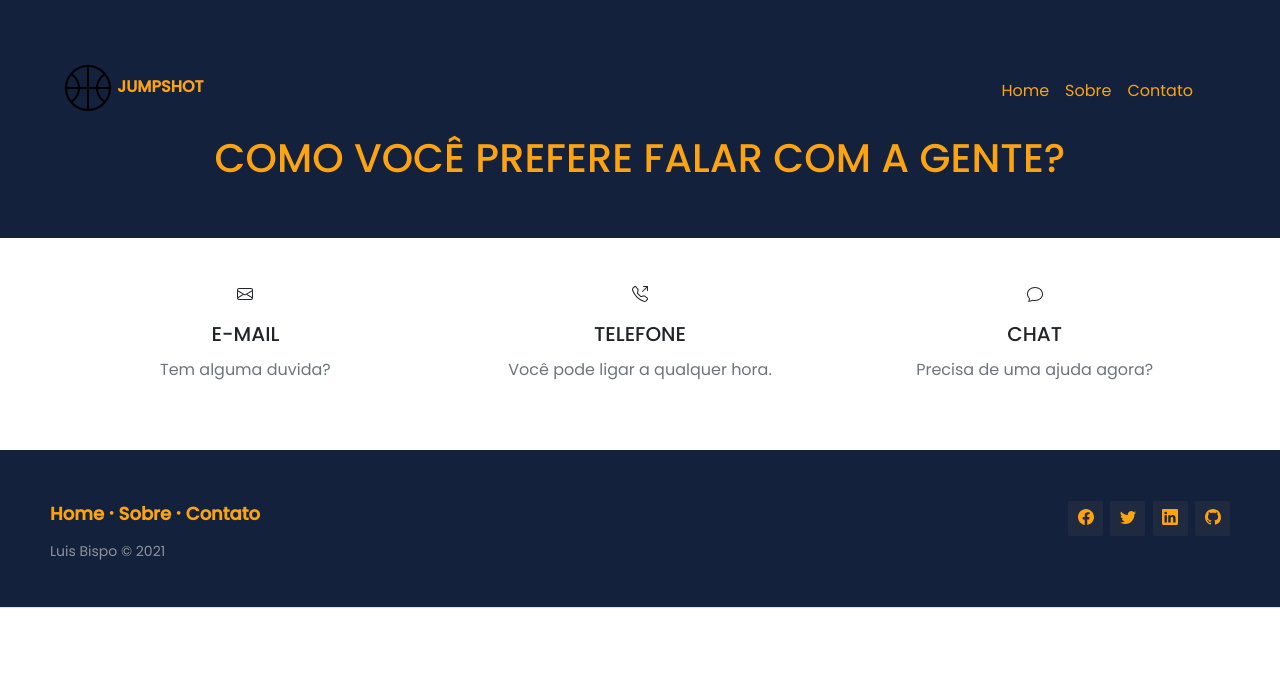
Repository: luisbisp/Jumpshot
Page: pages/contact.html
An editor plug-in stored every save of this project. The page is shown before and after the next save, followed by the edit.
The browser window is 1280 px wide. The pictures show the whole page.

Above is the page before, as saved 2021-07-07 20:15:33.

### pages/contact.html
<!DOCTYPE html>
<html lang="en">

<head>
    <meta charset="UTF-8">
    <meta http-equiv="X-UA-Compatible" content="IE=edge">
    <meta name="viewport" content="width=device-width, initial-scale=1.0">
    <link rel="preconnect" href="https://fonts.googleapis.com">
    <link rel="preconnect" href="https://fonts.gstatic.com" crossorigin>
    <link href="https://fonts.googleapis.com/css2?family=Poppins:wght@300;400;500&display=swap" rel="stylesheet">
    <link rel="stylesheet" href="https://maxcdn.bootstrapcdn.com/bootstrap/4.0.0/css/bootstrap.min.css"
        integrity="sha384-Gn5384xqQ1aoWXA+058RXPxPg6fy4IWvTNh0E263XmFcJlSAwiGgFAW/dAiS6JXm" crossorigin="anonymous">
    <link rel="stylesheet" href="../styles/styles.css">
    <link rel="stylesheet" href="../styles/footer.css">

    <title>jumpshot</title>

</head>

<body>
    <div class="container-fluid p-0">
        <!-- div com todo conteudo da pagina -->
        <header class="p-5">
            <!-- div com conteudo do cabeçalho -->
            <div class="div-header">
                <div class="logo">
                    <img src="../images/logo.png" alt="">
                    <strong>JUMPSHOT</strong>
                </div>
                <div class="menu">
                    <!-- navbar do bootstrap -->
                    <nav class="navbar navbar-expand-lg">
                        <button class="navbar-toggler" type="button" data-toggle="collapse" data-target="#navbarNav"
                            aria-controls="navbarNav" aria-expanded="false" aria-label="Toggle navigation">
                            <span class="navbar-toggler-icon"></span>
                        </button>
                        <div class="collapse navbar-collapse" id="navbarNav">
                            <ul class="navbar-nav">
                                <li class="nav-item active">
                                    <a class="nav-link navbar-custom" href="../index.htm">Home <span
                                            class="sr-only">(current)</span></a>
                                </li>
                                <li class="nav-item">
                                    <a class="nav-link navbar-custom" href="#">Sobre</a>
                                </li>
                                <li class="nav-item">
                                    <a class="nav-link navbar-custom" href="#">Contato</a>
                                </li>
                            </ul>
                        </div>
                    </nav>
                </div>
            </div>

            <div class="div-header-content m-0">
                <div class="text-center">

                    <h1> COMO VOCÊ PREFERE FALAR COM A GENTE?</h1>

                </div>

            </div>
        </header>

        <div class="card-group m-5">
            <div class="card border-0">
                <div class="d-flex justify-content-center">
                    <svg xmlns="http://www.w3.org/2000/svg" width="16" height="16" fill="currentColor"
                        class="bi bi-envelope" viewBox="0 0 16 16">
                        <path
                            d="M0 4a2 2 0 0 1 2-2h12a2 2 0 0 1 2 2v8a2 2 0 0 1-2 2H2a2 2 0 0 1-2-2V4zm2-1a1 1 0 0 0-1 1v.217l7 4.2 7-4.2V4a1 1 0 0 0-1-1H2zm13 2.383-4.758 2.855L15 11.114v-5.73zm-.034 6.878L9.271 8.82 8 9.583 6.728 8.82l-5.694 3.44A1 1 0 0 0 2 13h12a1 1 0 0 0 .966-.739zM1 11.114l4.758-2.876L1 5.383v5.73z" />
                    </svg>
                </div>
                <div class="card-body">
                    <h5 class="card-title text-center">E-MAIL</h5>
                    <p class="card-text text-center text-secondary">Tem alguma duvida?</p>

                </div>
            </div>
            <div class="card border-0">
                <div class="d-flex justify-content-center">
                    <svg xmlns="http://www.w3.org/2000/svg" width="16" height="16" fill="currentColor"
                        class="bi bi-telephone-outbound" viewBox="0 0 16 16">
                        <path
                            d="M3.654 1.328a.678.678 0 0 0-1.015-.063L1.605 2.3c-.483.484-.661 1.169-.45 1.77a17.568 17.568 0 0 0 4.168 6.608 17.569 17.569 0 0 0 6.608 4.168c.601.211 1.286.033 1.77-.45l1.034-1.034a.678.678 0 0 0-.063-1.015l-2.307-1.794a.678.678 0 0 0-.58-.122l-2.19.547a1.745 1.745 0 0 1-1.657-.459L5.482 8.062a1.745 1.745 0 0 1-.46-1.657l.548-2.19a.678.678 0 0 0-.122-.58L3.654 1.328zM1.884.511a1.745 1.745 0 0 1 2.612.163L6.29 2.98c.329.423.445.974.315 1.494l-.547 2.19a.678.678 0 0 0 .178.643l2.457 2.457a.678.678 0 0 0 .644.178l2.189-.547a1.745 1.745 0 0 1 1.494.315l2.306 1.794c.829.645.905 1.87.163 2.611l-1.034 1.034c-.74.74-1.846 1.065-2.877.702a18.634 18.634 0 0 1-7.01-4.42 18.634 18.634 0 0 1-4.42-7.009c-.362-1.03-.037-2.137.703-2.877L1.885.511zM11 .5a.5.5 0 0 1 .5-.5h4a.5.5 0 0 1 .5.5v4a.5.5 0 0 1-1 0V1.707l-4.146 4.147a.5.5 0 0 1-.708-.708L14.293 1H11.5a.5.5 0 0 1-.5-.5z" />
                    </svg>
                </div>
                <div class="card-body">
                    <h5 class="card-title text-center">TELEFONE</h5>
                    <p class="card-text text-center text-secondary">Você pode ligar a qualquer hora.
                    </p>

                </div>
            </div>
            <div class="card border-0">
                <div class="d-flex justify-content-center">
                    <svg xmlns="http://www.w3.org/2000/svg" width="16" height="16" fill="currentColor"
                        class="bi bi-chat" viewBox="0 0 16 16">
                        <path
                            d="M2.678 11.894a1 1 0 0 1 .287.801 10.97 10.97 0 0 1-.398 2c1.395-.323 2.247-.697 2.634-.893a1 1 0 0 1 .71-.074A8.06 8.06 0 0 0 8 14c3.996 0 7-2.807 7-6 0-3.192-3.004-6-7-6S1 4.808 1 8c0 1.468.617 2.83 1.678 3.894zm-.493 3.905a21.682 21.682 0 0 1-.713.129c-.2.032-.352-.176-.273-.362a9.68 9.68 0 0 0 .244-.637l.003-.01c.248-.72.45-1.548.524-2.319C.743 11.37 0 9.76 0 8c0-3.866 3.582-7 8-7s8 3.134 8 7-3.582 7-8 7a9.06 9.06 0 0 1-2.347-.306c-.52.263-1.639.742-3.468 1.105z" />
                    </svg>
                </div>
                <div class="card-body">
                    <h5 class="card-title text-center">CHAT</h5>
                    <p class="card-text text-center text-secondary">Precisa de uma ajuda agora?</p>
                </div>
            </div>
        </div>

        <footer class="footer-distributed mt-5">

            <div class="footer-right">

                <!-- icons svg das redes sociais -->
                <a href="#"><svg xmlns="http://www.w3.org/2000/svg" width="16" height="16" fill="currentColor"
                        class="bi bi-facebook" viewBox="0 0 16 16">
                        <path
                            d="M16 8.049c0-4.446-3.582-8.05-8-8.05C3.58 0-.002 3.603-.002 8.05c0 4.017 2.926 7.347 6.75 7.951v-5.625h-2.03V8.05H6.75V6.275c0-2.017 1.195-3.131 3.022-3.131.876 0 1.791.157 1.791.157v1.98h-1.009c-.993 0-1.303.621-1.303 1.258v1.51h2.218l-.354 2.326H9.25V16c3.824-.604 6.75-3.934 6.75-7.951z" />
                    </svg></i></a>

                <a href="#"><svg xmlns="http://www.w3.org/2000/svg" width="16" height="16" fill="currentColor"
                        class="bi bi-twitter" viewBox="0 0 16 16">
                        <path
                            d="M5.026 15c6.038 0 9.341-5.003 9.341-9.334 0-.14 0-.282-.006-.422A6.685 6.685 0 0 0 16 3.542a6.658 6.658 0 0 1-1.889.518 3.301 3.301 0 0 0 1.447-1.817 6.533 6.533 0 0 1-2.087.793A3.286 3.286 0 0 0 7.875 6.03a9.325 9.325 0 0 1-6.767-3.429 3.289 3.289 0 0 0 1.018 4.382A3.323 3.323 0 0 1 .64 6.575v.045a3.288 3.288 0 0 0 2.632 3.218 3.203 3.203 0 0 1-.865.115 3.23 3.23 0 0 1-.614-.057 3.283 3.283 0 0 0 3.067 2.277A6.588 6.588 0 0 1 .78 13.58a6.32 6.32 0 0 1-.78-.045A9.344 9.344 0 0 0 5.026 15z" />
                    </svg></a>

                <a href="#"><svg xmlns="http://www.w3.org/2000/svg" width="16" height="16" fill="currentColor"
                        class="bi bi-linkedin" viewBox="0 0 16 16">
                        <path
                            d="M0 1.146C0 .513.526 0 1.175 0h13.65C15.474 0 16 .513 16 1.146v13.708c0 .633-.526 1.146-1.175 1.146H1.175C.526 16 0 15.487 0 14.854V1.146zm4.943 12.248V6.169H2.542v7.225h2.401zm-1.2-8.212c.837 0 1.358-.554 1.358-1.248-.015-.709-.52-1.248-1.342-1.248-.822 0-1.359.54-1.359 1.248 0 .694.521 1.248 1.327 1.248h.016zm4.908 8.212V9.359c0-.216.016-.432.08-.586.173-.431.568-.878 1.232-.878.869 0 1.216.662 1.216 1.634v3.865h2.401V9.25c0-2.22-1.184-3.252-2.764-3.252-1.274 0-1.845.7-2.165 1.193v.025h-.016a5.54 5.54 0 0 1 .016-.025V6.169h-2.4c.03.678 0 7.225 0 7.225h2.4z" />
                    </svg></a>

                <a href="#"><svg xmlns="http://www.w3.org/2000/svg" width="16" height="16" fill="currentColor"
                        class="bi bi-github" viewBox="0 0 16 16">
                        <path
                            d="M8 0C3.58 0 0 3.58 0 8c0 3.54 2.29 6.53 5.47 7.59.4.07.55-.17.55-.38 0-.19-.01-.82-.01-1.49-2.01.37-2.53-.49-2.69-.94-.09-.23-.48-.94-.82-1.13-.28-.15-.68-.52-.01-.53.63-.01 1.08.58 1.23.82.72 1.21 1.87.87 2.33.66.07-.52.28-.87.51-1.07-1.78-.2-3.64-.89-3.64-3.95 0-.87.31-1.59.82-2.15-.08-.2-.36-1.02.08-2.12 0 0 .67-.21 2.2.82.64-.18 1.32-.27 2-.27.68 0 1.36.09 2 .27 1.53-1.04 2.2-.82 2.2-.82.44 1.1.16 1.92.08 2.12.51.56.82 1.27.82 2.15 0 3.07-1.87 3.75-3.65 3.95.29.25.54.73.54 1.48 0 1.07-.01 1.93-.01 2.2 0 .21.15.46.55.38A8.012 8.012 0 0 0 16 8c0-4.42-3.58-8-8-8z" />
                    </svg></a>

            </div>

            <div class="footer-left">

                <p class="footer-links">
                    <a class="link-1" href="#">Home</a>

                    <a href="#">Sobre</a>

                    <a href="#">Contato</a>
                </p>

                <p>Luis Bispo &copy; 2021</p>
            </div>

        </footer>
    </div>
</body>

</html>

### styles/styles.css
 *{
    font-family: 'Poppins', sans-serif;
 }
 header {
     background-color: #14213d;
     color: #fca311;
 }
 .div-header{
       display: flex;
       justify-content: space-between;
       padding:15px;
}
.navbar-custom{
    color: #fca311;
}

/* .div-header-content{
    margin-top: 50px;
    display: flex;
    margin: 15px;
} */
.content{
    display: flex;

}
.content-text{
    width: 50%;
    padding: 50px;
}

.content-image {
    width:50%;
    background-color: #fca311;
    display: flex;
    justify-content: center;
}
.content-image2 {
    width:50%;
    background-color: #14213d;
    display: flex;
    justify-content: center;
}
.illustration{
    height: 250px;
}

.photo-profile{
    border-radius: 50%;
    width: 50px;
    height: 50px;
    margin: 1%;
}

### styles/footer.css
.footer-distributed {
    background-color: #14213d;
    box-shadow: 0 1px 1px 0 rgba(0, 0, 0, 0.12);
    box-sizing: border-box;
    width: 100%;
    text-align: left;
    font: normal 16px sans-serif;
    padding: 45px 50px;
  }

  .footer-distributed .footer-left p {
    color: #8f9296;
    font-size: 14px;
    margin: 0;
  }
  /* Footer links */

  .footer-distributed p.footer-links {
    font-size: 18px;
    font-weight: bold;
    color: #fca311;
    margin: 0 0 10px;
    padding: 0;
    transition: ease .25s;
  }

  .footer-distributed p.footer-links a {
    display: inline-block;
    line-height: 1.8;
    text-decoration: none;
    color: inherit;
    transition: ease .25s;
  }

  .footer-distributed .footer-links a:before {
    content: "·";
    font-size: 20px;
    left: 0;
    color: #fca311;
    display: inline-block;
    padding-right: 5px;
  }

  .footer-distributed .footer-links .link-1:before {
    content: none;
  }

  .footer-distributed .footer-right {
    float: right;
    margin-top: 6px;
    max-width: 180px;
  }

  .footer-distributed .footer-right a {
    display: inline-block;
    width: 35px;
    height: 35px;
    background-color: #1f2a41;
    border-radius: 2px;
    font-size: 20px;
    color: #fca311;
    text-align: center;
    line-height: 35px;
    margin-left: 3px;
    transition:all .25s;
  }

  .footer-distributed .footer-right a:hover{transform:scale(1.1); -webkit-transform:scale(1.1);}

  .footer-distributed p.footer-links a:hover{text-decoration:underline;}

  /* Media Queries */

  @media (max-width: 600px) {
    .footer-distributed .footer-left, .footer-distributed .footer-right {
      text-align: center;
    }
    .footer-distributed .footer-right {
      float: none;
      margin: 0 auto 20px;
    }
    .footer-distributed .footer-left p.footer-links {
      line-height: 1.8;
    }
  }

After the next save:
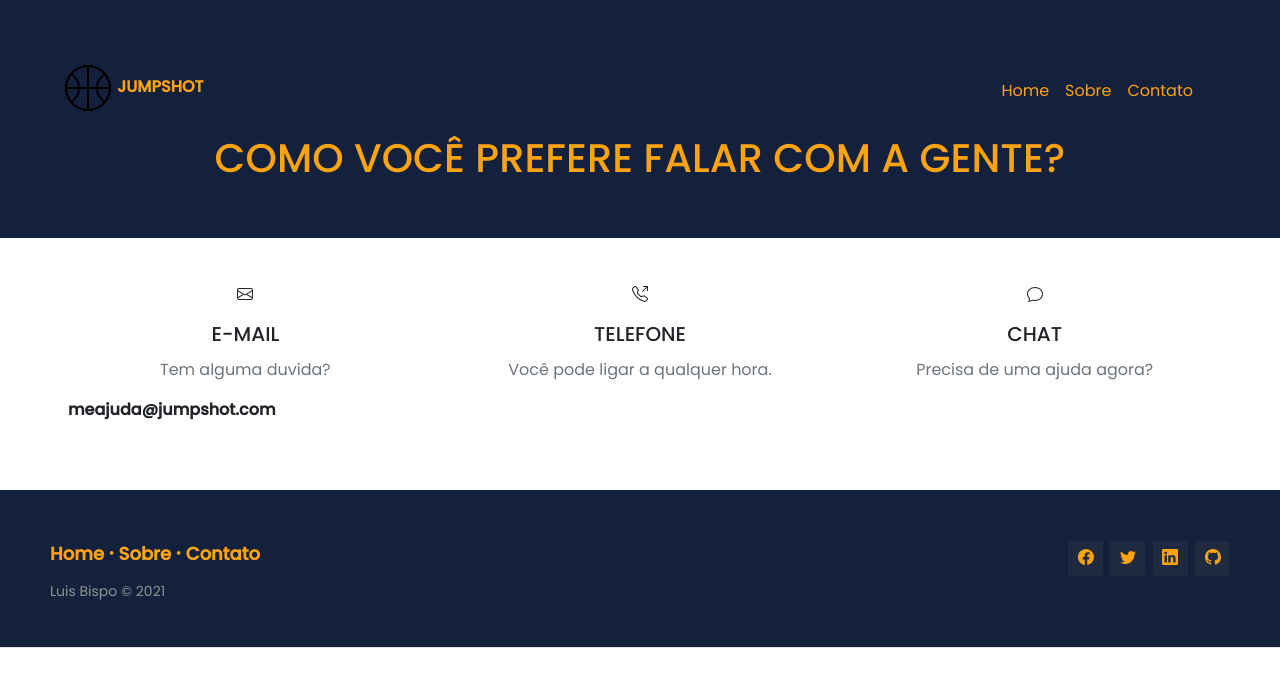
Saved 58 s later.
--- a/pages/contact.html
+++ b/pages/contact.html
@@ -74,7 +74,7 @@
                 <div class="card-body">
                     <h5 class="card-title text-center">E-MAIL</h5>
                     <p class="card-text text-center text-secondary">Tem alguma duvida?</p>
-
+                    <strong> meajuda@jumpshot.com</strong>
                 </div>
             </div>
             <div class="card border-0">
